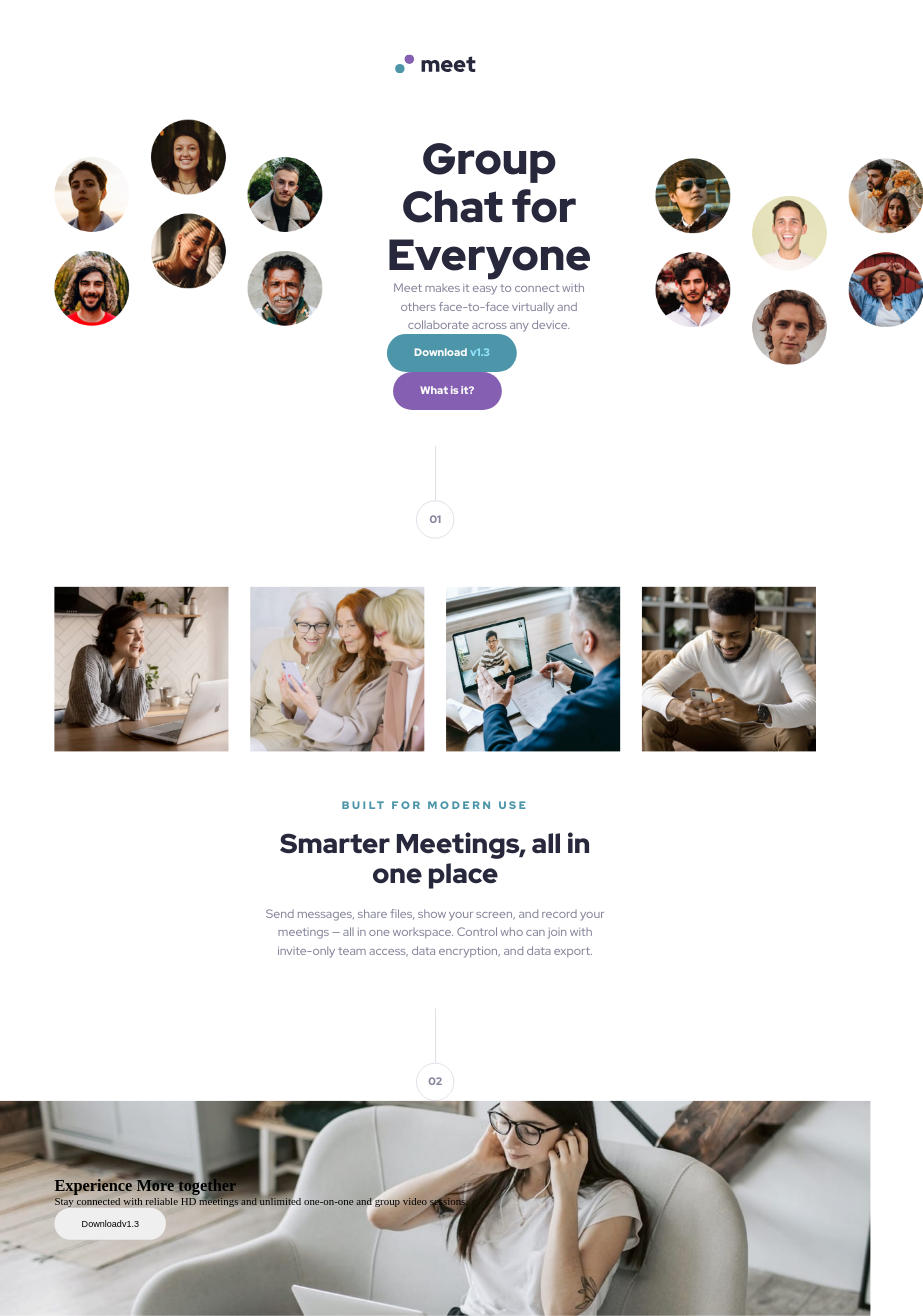
Repository: brandontaylor1/meet-landing-page
Page: index.html
The author's editor kept a copy of each file at every save. The page is drawn from the files as they stood at one save, then again after the next save.
The browser window is 1280 px wide. The page is 1358 px wide, so the pictures cover 1358 px, including what lies to the right of the window. The pictures show the whole page, at 68% of full size.

Above is the page before, as saved 2025-01-11 22:24:40.

### index.html
<!DOCTYPE html>
<html lang="en">
<head>
    <meta charset="UTF-8">
    <meta name="viewport" content="width=device-width, initial-scale=1.0">
    <link rel="preconnect" href="https://fonts.googleapis.com">
    <link rel="preconnect" href="https://fonts.gstatic.com" crossorigin>
    <link href="https://fonts.googleapis.com/css2?family=Red+Hat+Display:ital,wght@0,300..900;1,300..900&display=swap" rel="stylesheet">
    <link rel="stylesheet" href="styles.css">
    <title>Meet Landing Page</title>
</head>
<body>
    <nav class="navbar">
        <div class="logo-container">
            <img src="./assets/images/logo.svg" alt="meet logo">
        </div>
    </nav>
    <section class="hero-section">
        <img src="./assets/images/image-hero-left.png" class="left-faces" alt="Left Faces">
        <div class="hero-content">
            <h1>Group Chat for Everyone</h1>
            <p>Meet makes it easy to connect with others face-to-face virtually and collaborate across any device.</p>
            <div class="btn-container">
                <button class="hero-btn" id="downloadBtn">Download<span>v1.3</span></button>
                <button class="hero-btn" id="whatisitBtn">What is it?</button>
            </div>
        </div>
        <img src="./assets/images/image-hero-right.png" class="right-faces" alt="Right Faces">
    </section>

    <section class="main-content">
        <div class="content">
            <div class="design-container">
                <div class="gray-line"></div>
                <div class="gray-circle">01</div>
            </div>
            <div class="image-container">
                <img src="./assets/images/image-woman-in-videocall.jpg" alt="woman on video call">
                <img src="./assets/images/image-women-videochatting.jpg" alt="women vidoechatting">
                <img src="./assets/images/image-men-in-meeting.jpg" alt="men in a meeting">
                <img src="./assets/images/image-man-texting.jpg" alt="man texting">
            </div>
            <div class="text-container">
                <h3>Built for Modern Use</h3>
                <h2>Smarter Meetings, all in one place</h2>
                <p>Send messages, share files, show your screen, and record your meetings — all in one workspace. Control who can join with invite-only team access, data encryption, and data export.</p>
            </div>
        </div>
    </section>
    <div class="design-container">
        <div class="gray-line"></div>
        <div class="gray-circle">02</div>
    </div>
    <section class="footer">
        <div class="footer-grid">
            <h2>Experience More together</h2>
            <p>Stay connected with reliable HD meetings and unlimited one-on-one and group video sessions.</p>
            <button class="hero-btn">Download<span>v1.3</span></button>
        </div>
    </section>

</body>
</html>

### styles.css
* {
    margin: 0;
    padding: 0;
    box-sizing: border-box
}

:root {
    --color-white: #FAFAFA;
    --color-slate: #87879D;
    --color-lightslate: #D1D1DF;
    --color-darkslate: #28283D;
    --color-cyan: #4D96A9;
    --color-purple: #855FB1;
    --color-lightcyan: #8FE3F9;
    --color-lightpurple: #D9B8FF;

    font-size: 16px;

}

.navbar {
    display: flex;
    padding: 80px 80px 0px 80px;
    flex-direction: column;
    justify-content: flex-end;
    align-items: center;
    gap: var(--spacing-100, 8px);
    align-self: stretch;

}

.hero-section {
    display: flex;
    justify-content: space-between;
    align-items: center;
    padding: 4rem 5rem;
    height: 488px;
}

.left-faces {
    padding-right: 95px;
    padding-bottom: 57px;
}

.right-faces {
    padding-left: 95px;
    padding-top: 57px;
}

.hero-content {
    display: flex;
    flex-direction: column;
    align-items: center;
    justify-content: space-between;
    width: 448px;
    height: 314px;

}

.hero-content h1 {
    font-family: "Red Hat Display", sans-serif;
    font-size: 4rem;
    font-weight: 900;
    line-height: 110%;
    color: var(--color-darkslate);
    text-align: center;
}

.hero-content p {
    font-family: "Red Hat Display", sans-serif;
    font-size: 18px;
    font-weight: 500;
    line-height: 150%;
    color: var(--color-slate);
    text-align: center;

}

.hero-btn {
    padding: 16px 40px;
    border-radius: 29px;
    border: none;

}

#downloadBtn {
    background-color: var(--color-cyan);
    color: var(--color-white);
    font-size: 16px;
    font-family: "Red Hat Display", sans-serif;
    font-weight: 900;
    line-height: 150%;
    margin-right: 8.5px;
}

#downloadBtn span {
    margin-left: 4px;
    color: var(--color-lightcyan);

}

#whatisitBtn {
    background-color: var(--color-purple);
    color: var(--color-white);
    font-size: 16px;
    font-family: "Red Hat Display", sans-serif;
    font-weight: 900;
    line-height: 150%;
    margin-left: 8.5px;
}

.main-content {
    display: flex;
    flex-direction: column;
    align-items: center;
    justify-content: center;
    height: 883px;
    padding: 56px 80px 72px 80px;
}

.content {
    display: flex;
    flex-direction: column;
    align-items: center;
    justify-content: space-between;
    height: 755px;
}

.design-container {
    display: flex;
    justify-content: center;
    align-items: center;
    flex-direction: column;

}

.gray-line {
    width: 1px;
    height: 80px;
    background-color:  var(--color-lightslate);
}

.gray-circle {
    width: 56px;
    height: 56px;
    display: flex;
    align-items: center;
    justify-content: center;
    border-radius: 50%;
    border: 1px solid var(--color-lightslate);
    color: var(--color-slate);
    font-size: 16px;
    font-family: "Red Hat Display", sans-serif;
    font-weight: 900;
    line-height: 150%;
}

.image-container {
    display: grid;
    grid-template-columns: repeat(4, 1fr);
    gap: 32px;
}

.image-container img {
    width: 256px;
    height: auto;
}

.text-container {
    width: 500px;
    height: 235px;
    display: flex;
    flex-direction: column;
    align-items: center;
    justify-content: space-between;
}

.text-container h3 {
    font-family: "Red Hat Display", sans-serif;
    font-size: 16px;
    font-weight: 900;
    line-height: 110%;
    text-transform: uppercase;
    letter-spacing: 4px;
    color: var(--color-cyan);
}

.text-container h2 {
    font-family: "Red Hat Display", sans-serif;
    font-size: 40px;
    font-style: normal;
    font-weight: 900;
    line-height: 110%;
    text-align: center;
    color: var(--color-darkslate);
}

.text-container p {
    font-family: "Red Hat Display", sans-serif;
    font-size: 18px;
    font-style: normal;
    font-weight: 500;
    line-height: 150%;
    text-align: center;
    color: var(--color-slate)
}


.footer {
    padding: 7rem 5rem;
    display: flex;
    align-items: center;
    background-image: url("./assets/images/image-footer.jpg");
    background-size: cover;
}

After the next save:
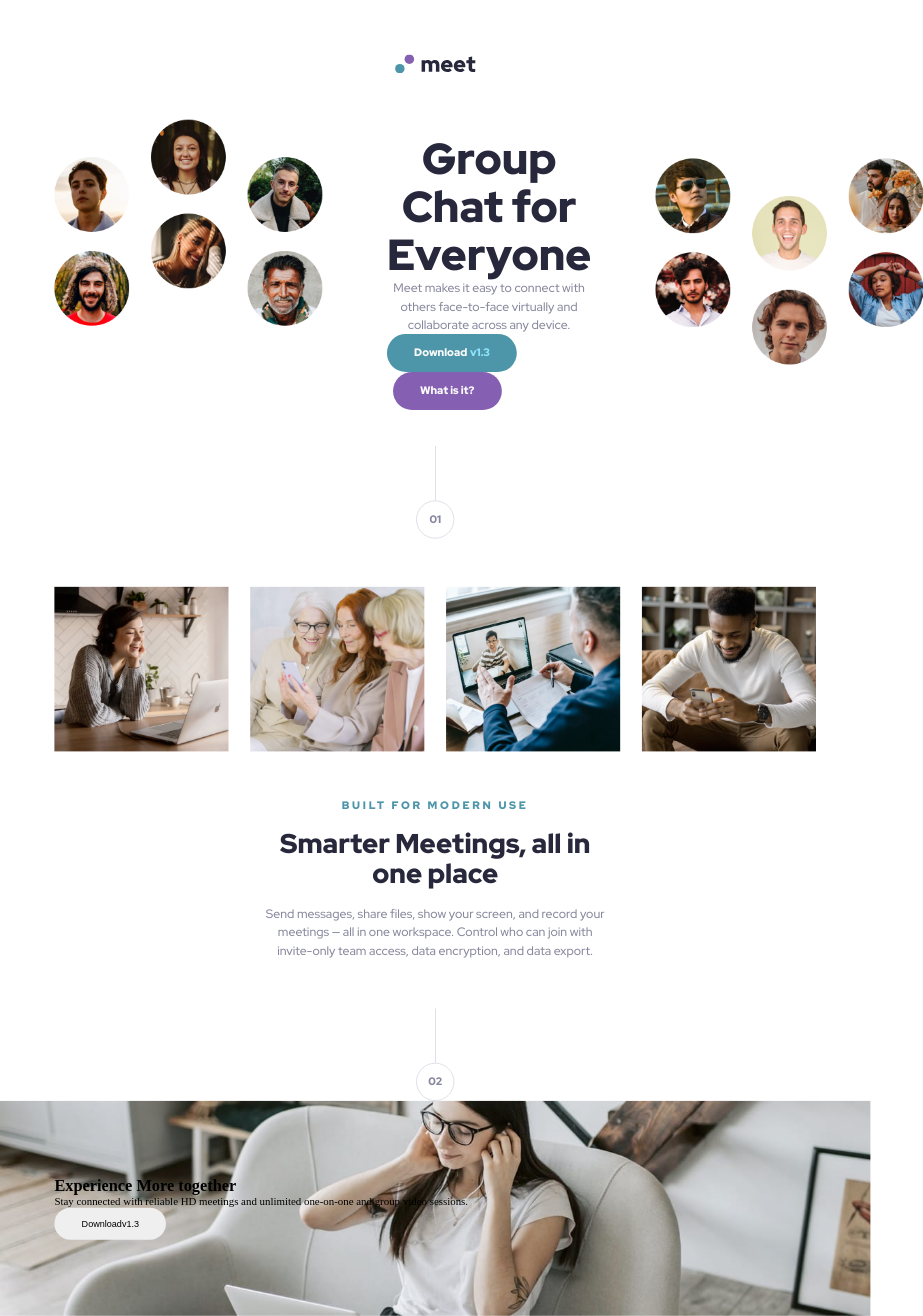
Saved 5 s later.
--- a/styles.css
+++ b/styles.css
@@ -212,4 +212,7 @@
     align-items: center;
     background-image: url("./assets/images/image-footer.jpg");
     background-size: cover;
-}
+    background-position: center;
+    background-repeat: no-repeat;
+
+}
